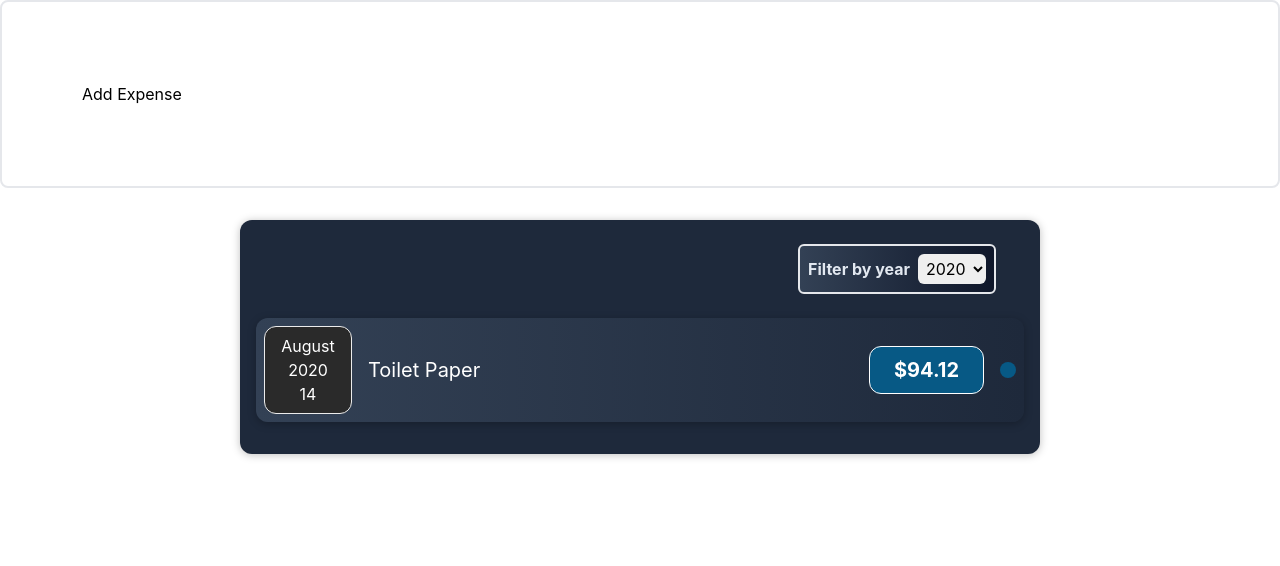
Repository: Sef24/expense-tracker
Page: /
The author's editor kept a copy of each file at every save. The page is drawn from the files as they stood at one save, then again after the next save.
The browser window is 1280 px wide. The pictures show the whole page.
The project was rebuilt for these pictures with package versions that can differ from the ones it lists, and the page was loaded fresh each time. Also part of the build but not shown: src/components/NewExpense/NewExpense.css, src/components/NewExpense/ExpenseForm.css, src/components/NewExpense/ExpenseForm.js.

Above is the page before, as saved 2022-05-03 16:31:55.

After the next save:
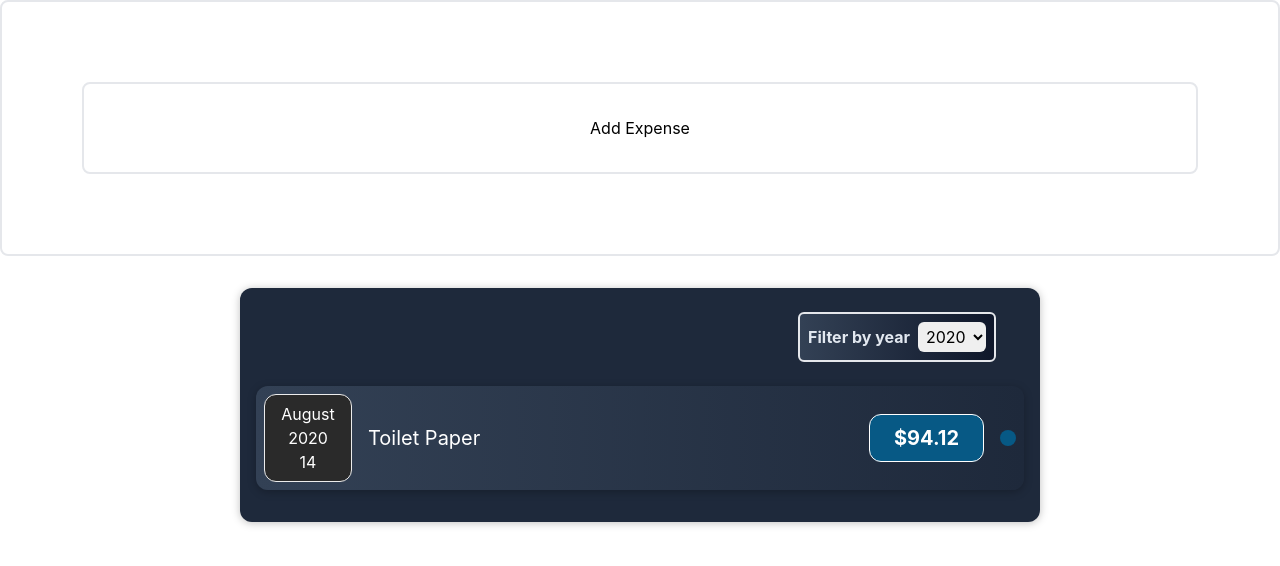
Saved 7 s later.
--- a/src/components/NewExpense/NewExpense.js
+++ b/src/components/NewExpense/NewExpense.js
@@ -29,7 +29,7 @@ function NewExpense(props) {
       {!isEditing && (
         <button
           onClick={startEditingHandler}
-          className="flex w-full items-center "
+          className="flex w-full items-center justify-center border-2 p-8 rounded-lg"
         >
           Add Expense
         </button>
